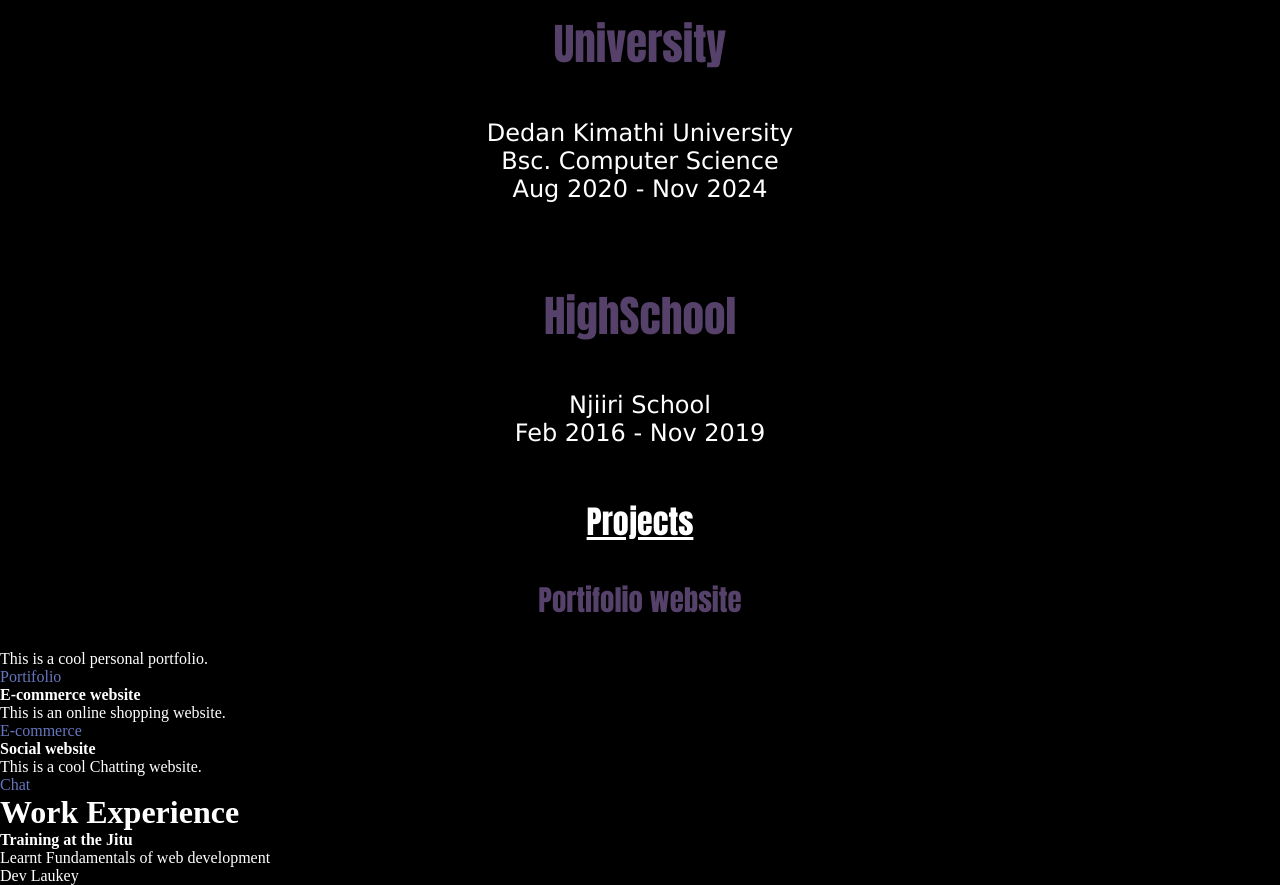
Repository: LaukeyMwaura/Jitu-Day-2
Page: index.html
The author's editor kept a copy of each file at every save. The page is drawn from the files as they stood at one save, then again after the next save.
The browser window is 1280 px wide. The pictures show the part of the page from y = 957 to 1909 px (the page is 1842 px tall before and 1909 px after).
A picture or video elsewhere on the page could not be fetched, so the positions and the page height are approximate.

Above is the page before, as saved 2022-05-12 00:37:53.

After the next save:
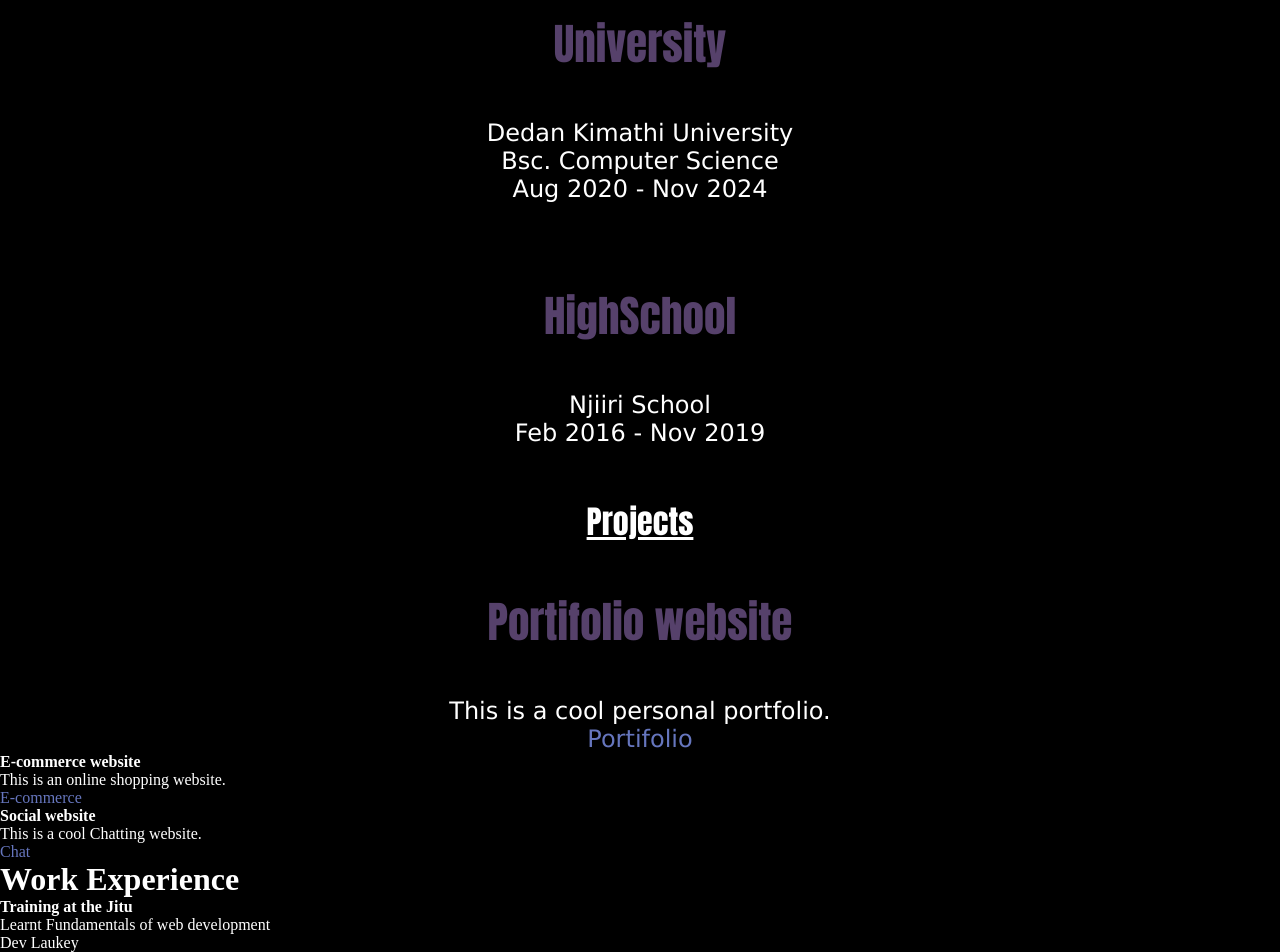
Saved 9 s later.
--- a/index.html
+++ b/index.html
@@ -75,7 +75,7 @@
     <br>
     <div class="project" id="projects">
       <h1 class="heading">Projects</h1>
-      <div class="project" >
+      <div class="project text" >
         <h4 class="subheading">Portifolio website</h4>
         <p>This is a cool personal portfolio.</p>
         <a href="https://devlaukey.netlify.app/">Portifolio</a>
